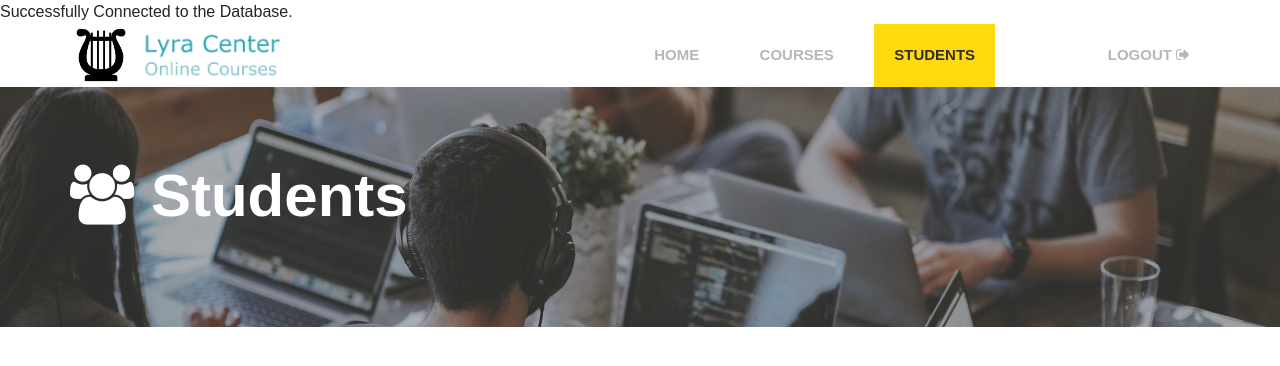
Repository: jersmaecrz/lyra-center
Page: http://localhost/aStudents.php
An editor plug-in stored every save of this project. The page is shown before and after the next save, followed by the edit.
The browser window is 1280 px wide. The pictures show the whole page.
Some web fonts or font styles are not loaded; a fallback is used. The page is run by PHP 8.4 with error messages shown; the project is at /var/www/html/.

Above is the page before, as saved 2022-12-03 23:35:33.

After the next save:
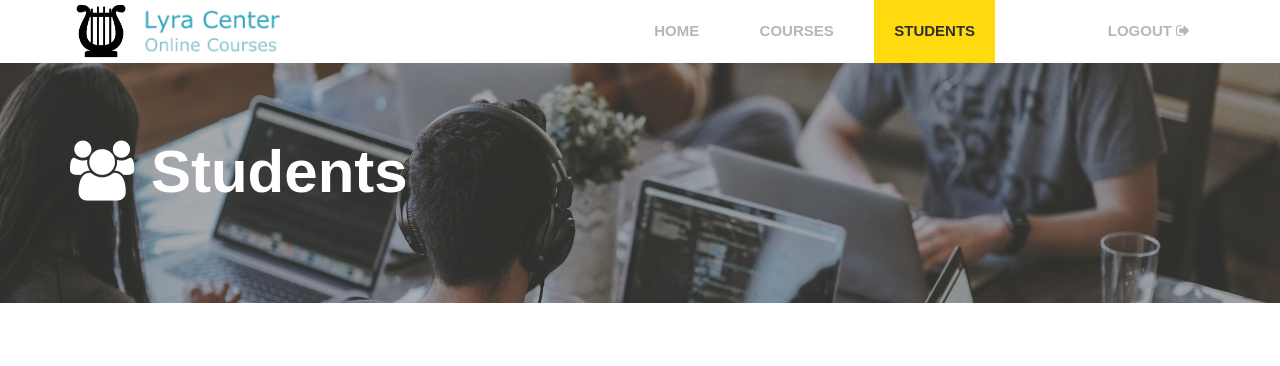
Saved 14 s later.
--- a/config.php
+++ b/config.php
@@ -10,7 +10,6 @@
         //Check the connection
         $pdo->setAttribute(PDO::ATTR_DEFAULT_FETCH_MODE,PDO::FETCH_OBJ);
         $pdo->setAttribute(PDO::ATTR_ERRMODE,PDO::ERRMODE_EXCEPTION);
-        echo "Successfully Connected to the Database.";
     } catch(PDOException $e) {
         echo "Unable to Connect to DB: ". $e->getMessage();
     }
